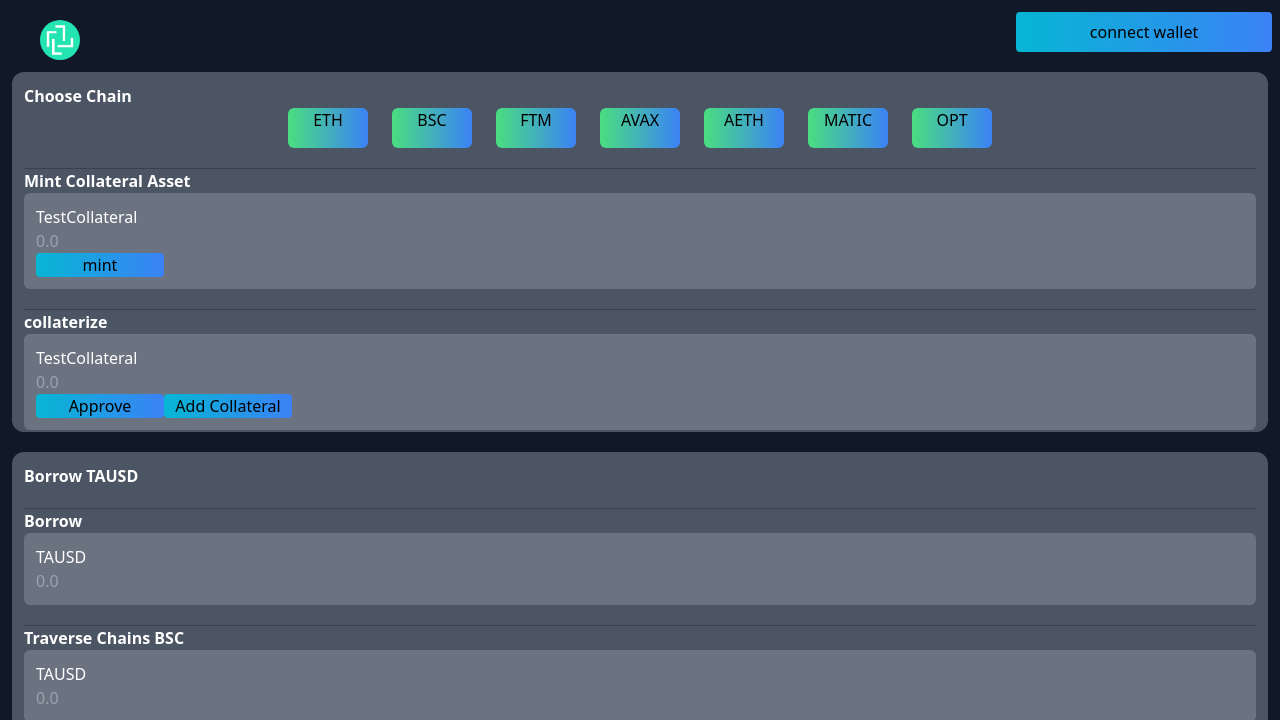
Repository: AstriaFinance/AstriaMvp
Page: /
An editor plug-in stored every save of this project. The page is shown before and after the next save, followed by the edit.
The browser window is 1280 px wide. The pictures show the whole page.
An inner scrolling area shows only its first screen. The project was rebuilt for these pictures with package versions that can differ from the ones it lists, and the page was loaded fresh each time. Also part of the build but not shown: src/components/Nav.jsx, src/components/ErrorPage.jsx.

Above is the page before, as saved 2022-07-04 11:27:25.

After the next save:
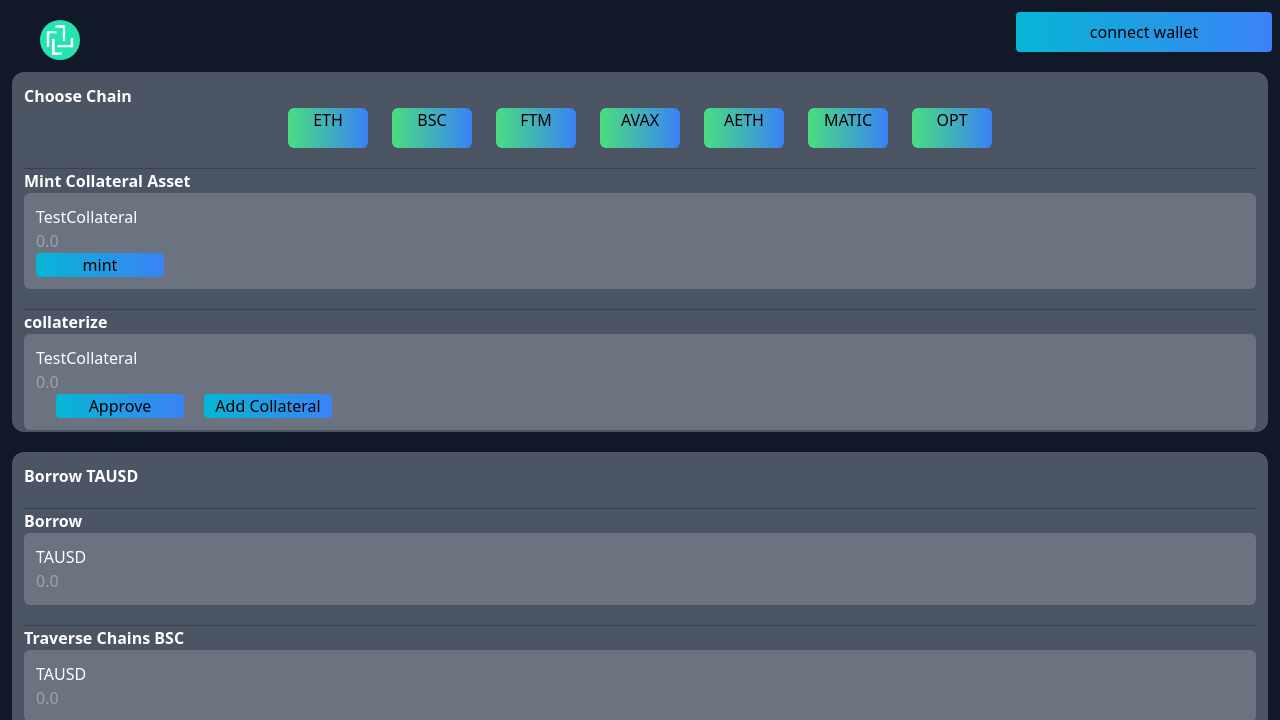
Saved 33 s later.
--- a/src/components/Home.jsx
+++ b/src/components/Home.jsx
@@ -233,17 +233,16 @@ const Home = () => {
                 placeholder="0.0"
                 className="w-full bg-gray-500 focus:bg-gray-500 rounded"
               />
-              <div className="flex-col justify-between">
-                <button
-                  onClick={approveTestEth}
-                  className="bg-gradient-to-r from-cyan-500 to-blue-500 rounded w-32"
-                >
-                  Approve
-                </button>
-                <button className="bg-gradient-to-r from-cyan-500 to-blue-500 rounded w-32">
-                  Add Collateral
-                </button>
-              </div>
+
+              <button
+                onClick={approveTestEth}
+                className="bg-gradient-to-r from-cyan-500 to-blue-500 rounded w-32 mx-5"
+              >
+                Approve
+              </button>
+              <button className="bg-gradient-to-r from-cyan-500 to-blue-500 rounded w-32">
+                Add Collateral
+              </button>
             </form>
           </div>
         </div>
